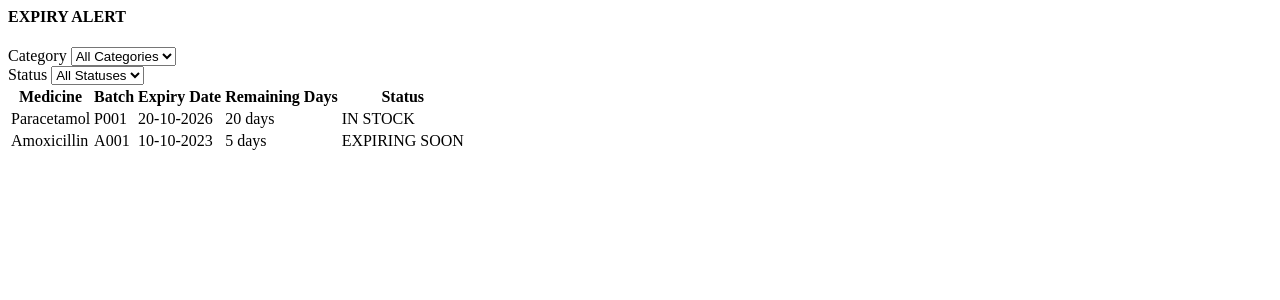
Repository: AbHiShEk200428/Medicine-Manager
Page: expiry.html
These files come from the project's save history. The page is drawn as it stood at one moment and after a run of saves; the edit follows.
The browser window is 1280 px wide. The pictures show the whole page.

Above is the page before, as saved 2026-10-28 20:46:02.

### expiry.html
<h4 class="mb-3 text-primary">EXPIRY ALERT</h4>


    <div class="col-md-3">
                <label for="inv_category" class="form-label fw-semibold">Category</label>
                <select id="inv_category" class="form-select focus-ring">
                    <option value="all">All Categories</option>
                    <option value="painkillers">Painkillers</option>
                    <option value="antibiotics">Antibiotics</option>
                </select>
            </div>
            <div class="col-md-3">
                <label for="inv_status" class="form-label fw-semibold">Status</label>
                <select id="inv_status" class="form-select focus-ring">
                    <option value="all">All Statuses</option>
                    <option value="in stock">In Stock</option>
                    <option value="low stock">Low Stock</option>
                </select>
            </div>

    <div class="table-responsive">
        <table id="Inventory_Table" class="table table-hover text-center text-nowrap table-bordered align-middle">
            <thead class="table-dark">
                <tr>
                    <th scope="col">Medicine</th>
                    <th scope="col">Batch</th>
                    <th scope="col">Expiry Date</th>
                    <th scope="col">Remaining Days</th>
                    <th scope="col">Status</th>
                </tr>
            </thead>
            <tbody>
                <tr>
                    <td>Paracetamol</td>
                    <td>P001</td>
                    <td>20-10-2026</td>
                    <td>20 days</td>
                    <td><span class="badge bg-success">IN STOCK</span></td>
                </tr>
                <tr>
                    <td>Amoxicillin</td>
                    <td>A001</td>
                    <td>10-10-2023</td>
                    <td>5 days</td>
                    <td><span class="badge bg-danger">EXPIRING SOON</span></td>
                </tr>
            </tbody>
        </table>
    </div>

After the next 2 saves:
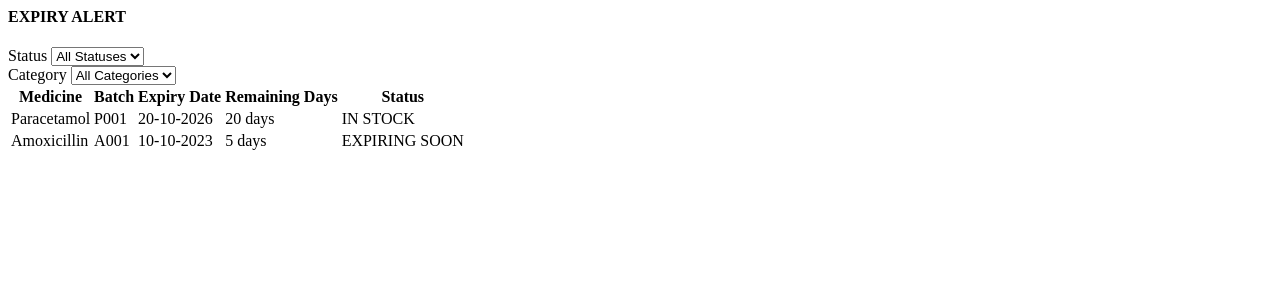
The 2 saves are shown as one change because they came seconds apart.
The last was saved 9 s later.
--- a/expiry.html
+++ b/expiry.html
@@ -1,20 +1,21 @@
 <h4 class="mb-3 text-primary">EXPIRY ALERT</h4>
 
 
-    <div class="col-md-3">
-                <label for="inv_category" class="form-label fw-semibold">Category</label>
-                <select id="inv_category" class="form-select focus-ring">
-                    <option value="all">All Categories</option>
-                    <option value="painkillers">Painkillers</option>
-                    <option value="antibiotics">Antibiotics</option>
-                </select>
-            </div>
+
             <div class="col-md-3">
                 <label for="inv_status" class="form-label fw-semibold">Status</label>
                 <select id="inv_status" class="form-select focus-ring">
                     <option value="all">All Statuses</option>
                     <option value="in stock">In Stock</option>
                     <option value="low stock">Low Stock</option>
+                </select>
+            </div>
+            <div class="col-md-3">
+                <label for="inv_category" class="form-label fw-semibold">Category</label>
+                <select id="inv_category" class="form-select focus-ring">
+                    <option value="all">All Categories</option>
+                    <option value="painkillers">Painkillers</option>
+                    <option value="antibiotics">Antibiotics</option>
                 </select>
             </div>
 
